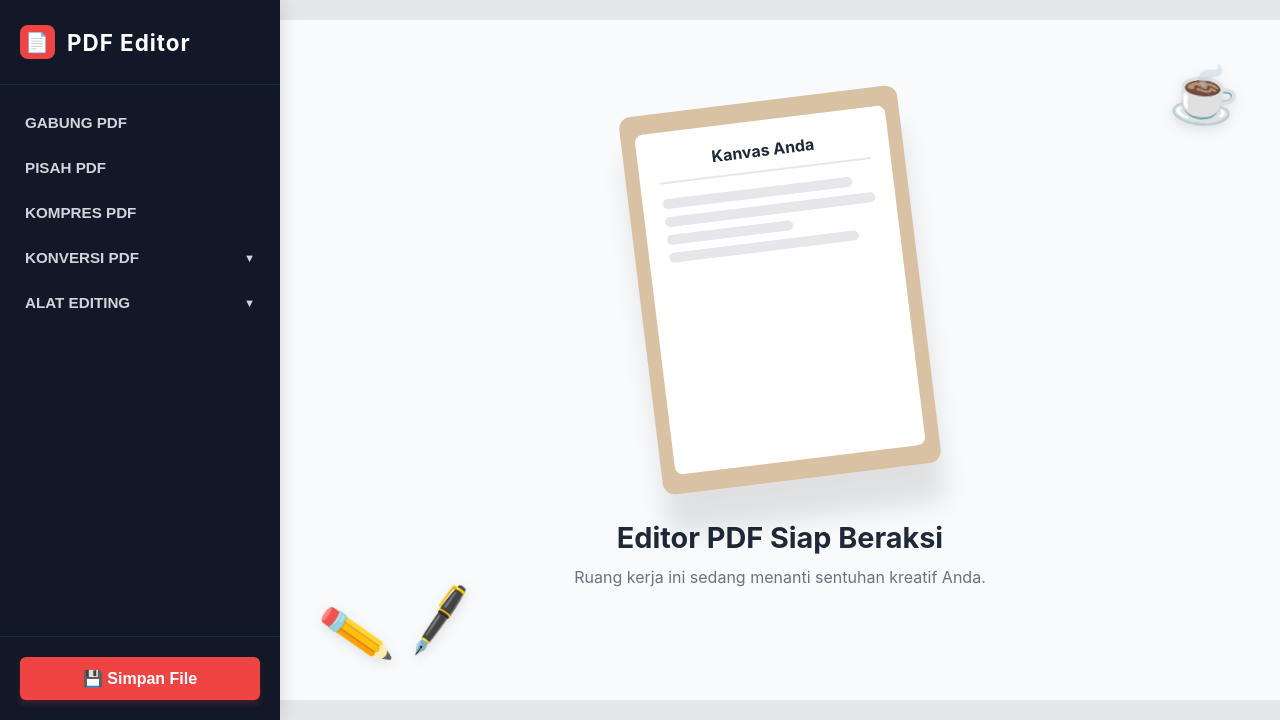
Repository: IkhsanMoekhtar/pdf_editor
Page: /
An editor plug-in stored every save of this project. The page is shown before and after the next save, followed by the edit.
The browser window is 1280 px wide. The pictures show the whole page.
The project was rebuilt for these pictures with package versions that can differ from the ones it lists, and the page was loaded fresh each time. Also part of the build but not shown: vite.config.js.

Above is the page before, as saved 2026-03-19 01:13:29.

After the next save:
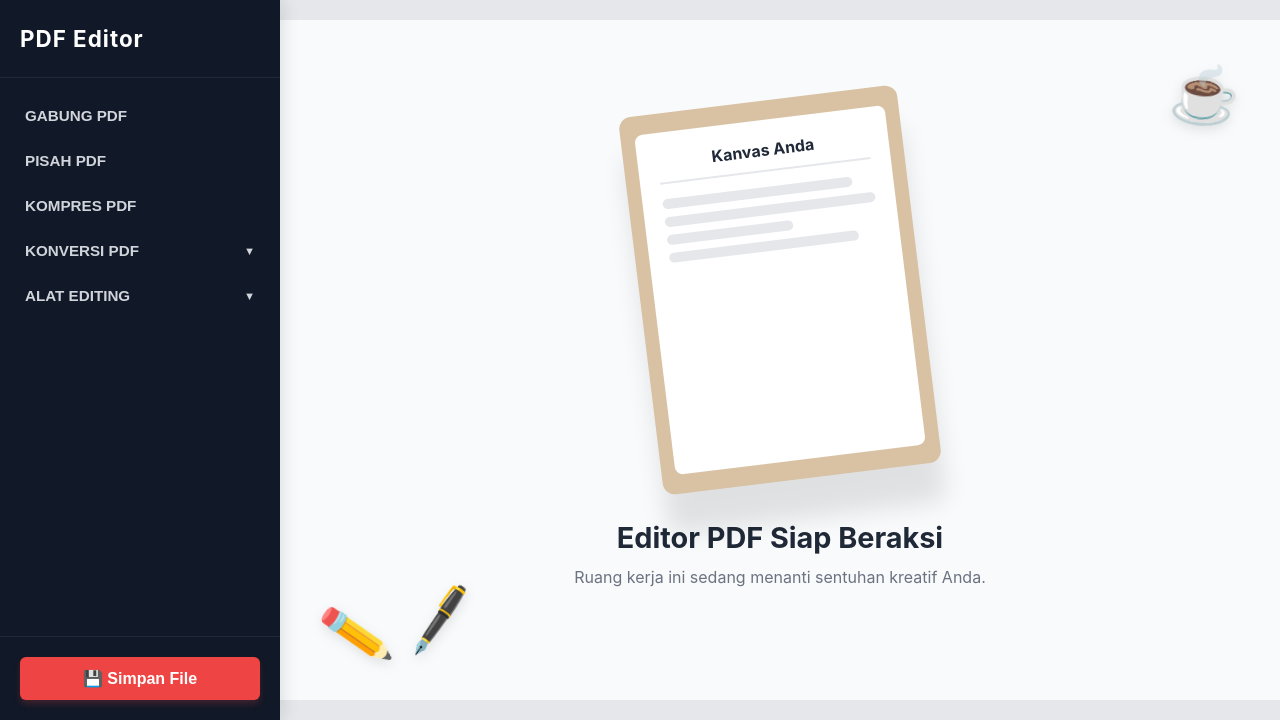
Saved 26 h 47 min later.
--- a/src/App.jsx
+++ b/src/App.jsx
@@ -187,12 +187,8 @@ function App() {
     setActiveTool(prev => prev === toolName ? null : toolName);
   };
 
-  const zoomIn = () => setUserZoom(prev => Math.min(prev + 0.25, 4));
-  const zoomOut = () => setUserZoom(prev => Math.max(prev - 0.25, 0.25));
   const rotateRight = () => setRotation(prev => (prev + 90) % 360);
   const rotateLeft = () => setRotation(prev => (prev - 90 + 360) % 360);
-  const toggleFlipX = () => setFlipX(prev => !prev);
-  const toggleFlipY = () => setFlipY(prev => !prev);
   const triggerUpload = () => fileInputRef.current.click();
   const toggleMenu = (menuName) => setExpandedMenu(prev => prev === menuName ? null : menuName);
 
@@ -212,8 +208,7 @@ function App() {
       <aside className="main-sidebar">
         {/* ... (KODE SIDEBAR TETAP SAMA SEPERTI SEBELUMNYA) ... */}
         <div className="brand">
-          <span className="brand-icon">📄</span>
-          <strong>PDF Editor</strong>
+            <strong>PDF Editor</strong>
         </div>
 
         <nav className="sidebar-nav">
